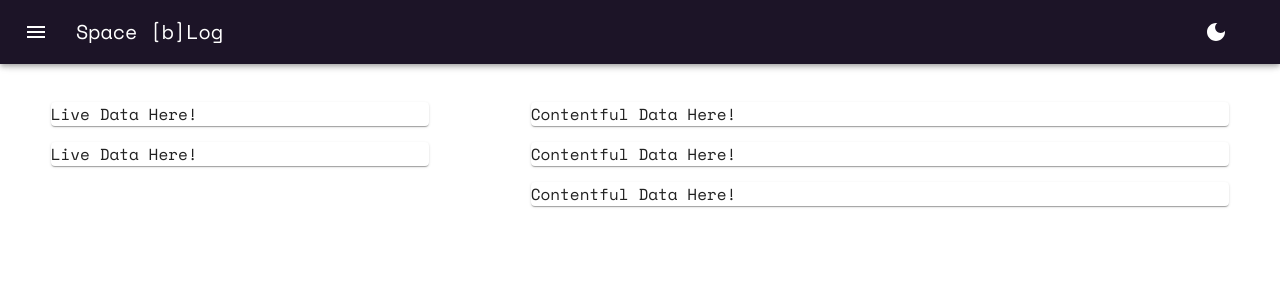
Repository: staswerno/space-blog
Page: /
The author's editor kept a copy of each file at every save. The page is drawn from the files as they stood at one save, then again after the next save.
The browser window is 1280 px wide. The pictures show the whole page.
The page's requests for data from a server got no answer. The project was rebuilt for these pictures with package versions that can differ from the ones it lists, and the page was loaded fresh each time. No one was signed in, and anything a server would have sent is missing. Also part of the build but not shown: src/App.css.

Above is the page before, as saved 2021-12-01 09:59:26.

### public/index.html
<!DOCTYPE html>
<html lang="en">
  <head>
    <meta charset="utf-8" />
    <link rel="icon" href="%PUBLIC_URL%/favicon.ico" />
    <meta name="viewport" content="width=device-width, initial-scale=1" />
    <meta name="theme-color" content="#000000" />
    <meta
      name="Space project"
      content="Lets see what comes out"
    />
    <link rel="apple-touch-icon" href="%PUBLIC_URL%/logo192.png" />
    <link href="https://fonts.googleapis.com/css2?family=Roboto:ital,wght@0,100;0,300;0,400;0,500;0,700;0,900;1,100;1,300;1,400;1,500;1,700;1,900&family=Space+Mono:ital,wght@0,400;0,700;1,400;1,700&display=swap" rel="stylesheet">
    ="https://fonts.googleapis.com/css?family=Roboto:300,400,500,700&display=swap"
/>
    <title>Space Project</title>
  </head>
  <body>
    <noscript>You need to enable JavaScript to run this app.</noscript>
    <div id="root"></div>
  </body>
</html>

### src/App.js
import './App.css'
import LiveDataComp from './LiveData';
import ContentfulDataComp from './ContentfulData';
import AppBarComp from './AppBar';
import { Grid, Paper, Typography } from '@mui/material';
import { ThemeProvider, createTheme } from '@mui/material/styles';;

const theme = createTheme({
  palette: {
    primary: {
      main: '#1C1427',
      light: '#1C1427',
      dark: '#1C1427',
    },
  },
  typography: {
    fontFamily: 'Space Mono',
  }
});

function App() {
  return (
    <ThemeProvider theme={theme}>
    <div className='App'>
      <header>
        <AppBarComp />
      </header>
      <main style={{marginTop: 60}}>
      <Grid
        container
        spacing={2}
        rowSpacing={3}
        justifyContent="space-around"
        >
        <Grid item xs={12} md={4}>
          <Grid item><LiveDataComp /></Grid>
          <Grid item><LiveDataComp /></Grid>
        </Grid>
        <Grid item xs={12} md={7}>
          <Grid item><ContentfulDataComp /></Grid>
          <Grid item><ContentfulDataComp /></Grid>
          <Grid item><ContentfulDataComp /></Grid>
        </Grid>
      </Grid>
      </main>
      <footer>

      </footer>
    </div>
    </ThemeProvider>
  );
}

export default App;

### src/LiveData.js
import { Box, Typography, Paper } from '@mui/material';

export default function LiveDataComp () {
    return (
        <>
        <Box m={2}>
        <Paper>
        <Typography>
            Live Data Here!
        </Typography>
        </Paper>
        </Box>
        </>
    )
}

### src/ContentfulData.js
import { Box, Typography, Paper } from "@mui/material";
import React from "react";
import { client } from "./client";
import { marked } from "marked";

export default class ContentfulDataComp extends React.Component {
  state = {
    articles: [],
  };

  componentDidMount() {
    client
      .getEntries()
      .then((response) => {
        console.log(response);
      })
      .catch(console.error);
  }

  render() {
    return (
      <>
        <Box m={2}>
          <Paper>
            <Typography>Contentful Data Here!</Typography>
          </Paper>
        </Box>
      </>
    );
  }
}
const Post = ({ article }) => {
  console.log(article);
  const { title, visit, image, description } = article.fields;
  const postDescription = marked(description);
  return (
    <div>
      <h2>{title}</h2>
      <p>{visit}</p>
      {image && <img src={image.fields.file.url} alt={title} title={title} />}
      <section dangerouslySetInnerHTML={{ __html: postDescription }} />
    </div>
  );
};
const Posts = ({ posts }) => {
  return (
    <div>
      {posts.map((article, index) => (
        <Post article={article} key={index} />
      ))}
    </div>
  );
};

### src/AppBar.js
import { AppBar, Box, Toolbar, Typography, Button, IconButton } from '@mui/material';
import MenuIcon from '@mui/icons-material/Menu';
import DarkModeIcon from '@mui/icons-material/DarkMode';

export default function AppBarComp () {
    return (
        <>
        <Box sx={{ flexGrow: 1 }}>
        <AppBar position="fixed" color="primary">
        <Toolbar>
            <IconButton
            size="large"
            edge="start"
            color="inherit"
            aria-label="menu"
            sx={{ mr: 2 }}
            >
            <MenuIcon />
            </IconButton>
            <Typography variant="h6" component="div" sx={{ flexGrow: 1 }}>
            Space [b]Log
            </Typography>
            <IconButton
            size="large"
            edge="start"
            color="inherit"
            aria-label="menu"
            sx={{ mr: 2 }}
            >
            <DarkModeIcon />
            </IconButton>
        </Toolbar>
        </AppBar>
    </Box>
        </>
    )
}

### src/client.js
import * as contentful from "contentful";

export const client = contentful.createClient({
  space: process.env.REACT_APP_SPACE_ID,
  accessToken: process.env.REACT_APP_ACCESS_TOKEN,
});

Loaded but not shown: src/index.js (common file)

After the next save:
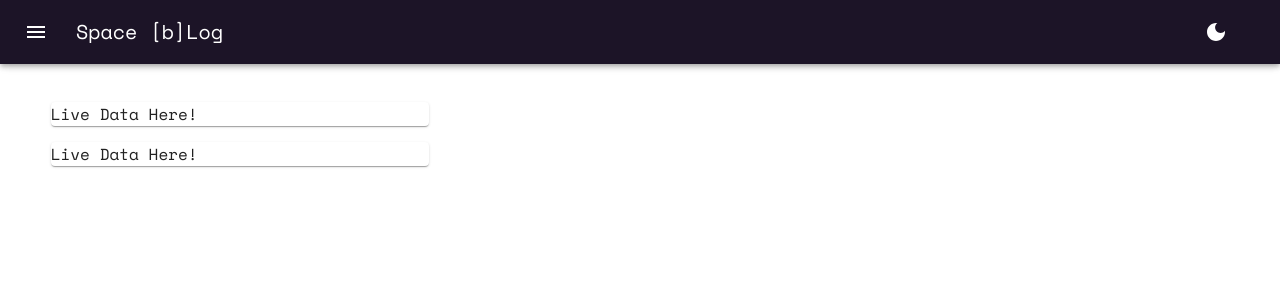
Saved 51 s later.
--- a/src/ContentfulData.js
+++ b/src/ContentfulData.js
@@ -22,7 +22,9 @@ export default class ContentfulDataComp extends React.Component {
       <>
         <Box m={2}>
           <Paper>
-            <Typography>Contentful Data Here!</Typography>
+            <Typography>
+              <Posts posts={this.state.articles} />
+            </Typography>
           </Paper>
         </Box>
       </>
